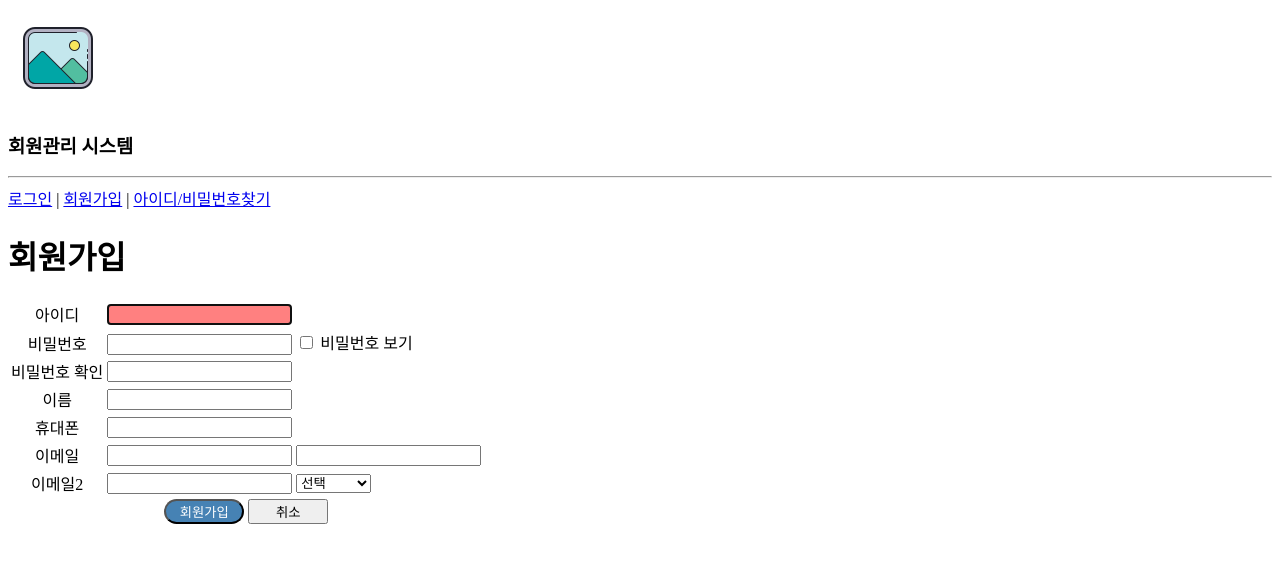
Repository: jelly02/workspace_web
Page: 04.css_basic/src/main/webapp/joinMember.html
An editor plug-in stored every save of this project. The page is shown before and after the next save, followed by the edit.
The browser window is 1280 px wide. The pictures show the whole page.

Above is the page before, as saved 2021-06-28 08:27:59.

### 04.css_basic/src/main/webapp/joinMember.html
<!DOCTYPE html>
<html>
<head>
<meta http-equiv="Content-Type" content="text/html; charset=UTF-8">
<title>Insert title here</title>

		<!-- CSS external											이 파일을 기준으로 하나 올라감 -->
		<link type="text/css" rel="stylesheet" href="css/common_form.css">
</head>
<body>

	<a href="index.html"><img src = "img/icon.png"></a>

	<h3>회원관리 시스템</h3>
	<hr>

		<div class="top_menu">
			<a href="login.html">로그인</a> <span class="seperator"> | </span>
			<a class="color bold" href="joinMember.html">회원가입</a> <span class="seperator"> | </span>
			<a  class="bold" href="findMember.html">아이디/비밀번호찾기</a>
		</div>

		<h1>회원가입</h1>


<table>
		<form action = "result.html" method = "post">

					<!-- 아이디 -->

					<tr>
						<td align="center">아이디</td>
						<td><input type = "text" name="memberId" tabindex="1"  autofocus = "autofocus"></td>
					</tr>

					<tr>
						<td align="center">비밀번호</td>
						<td>
							<input type = "password" name="memberPw"  tabindex="3">
							<input type = "checkbox" name="visiblePw">	비밀번호 보기
						</td>
					</tr>

					<tr>
						<td align="center">비밀번호 확인</td>
						<td><input type = "password" name="memberPwConfirm"></td>
					</tr>

					<tr>
						<td align="center">이름</td>
						<td><input type = "password" name="name"  tabindex="2"></td>
					</tr>

					<tr>
						<td align="center">휴대폰</td>
						<td><input type = "password" name="mobile"></td>
					</tr>

					<tr>
						<td align="center">이메일 </td>
						<td>
							<input type = "text" name="email1">
							<input type = "text" name="email2">
						</td>
					</tr>

					<tr>
						<td align="center">이메일2</td>
						<td>
							<input type = "text" name="email2">

							<select name = "selectEmail">
								<option value = "none"> 선택 </option>
								<option value = "@naver.com"> 네이버 </option>
								<option value = "@gmail.com"> 구글 </option>
								<option value = "@daum.net"> 다음 </option>
								<option value = "userInput"> 직접 입력 </option>
							</select>
						</td>
					</tr>


					<tr>
						<td align="center" colspan="2" align="center">
							<input type = "submit" value = "회원가입" class="btn_submit normal">
							<input type = "reset" value = "취소"  class="normal">
						</td>
					</tr>


			</form>
	</table>

</body>
</html>

### 04.css_basic/src/main/webapp/css/common_form.css
@charset "UTF-8";

/* form 양식 CSS : css/common_form.css */

input.btn_submit{

	background-color: steelblue;
	color : white;
	border-radius: 20px;
}

input.normal {
	width : 80px;
	height: 25px;
}

/* 입력 항목에 포커스가 올 때 배경 색 변경*/
input[type="text"]:focus, input[type="password"]:focus, textarea:focus{
	background: #ff8080;
}

After the next save:
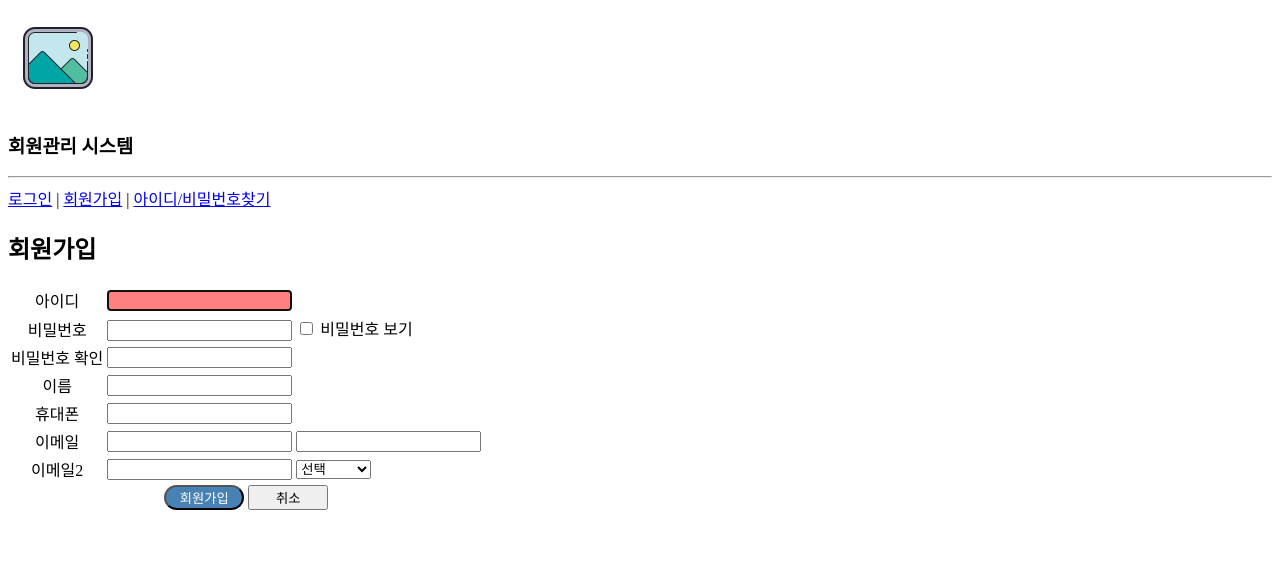
Saved 15 s later.
--- a/04.css_basic/src/main/webapp/joinMember.html
+++ b/04.css_basic/src/main/webapp/joinMember.html
@@ -20,7 +20,7 @@
 			<a  class="bold" href="findMember.html">아이디/비밀번호찾기</a>
 		</div>
 
-		<h1>회원가입</h1>
+		<h2>회원가입</h2>
 
 
 <table>
